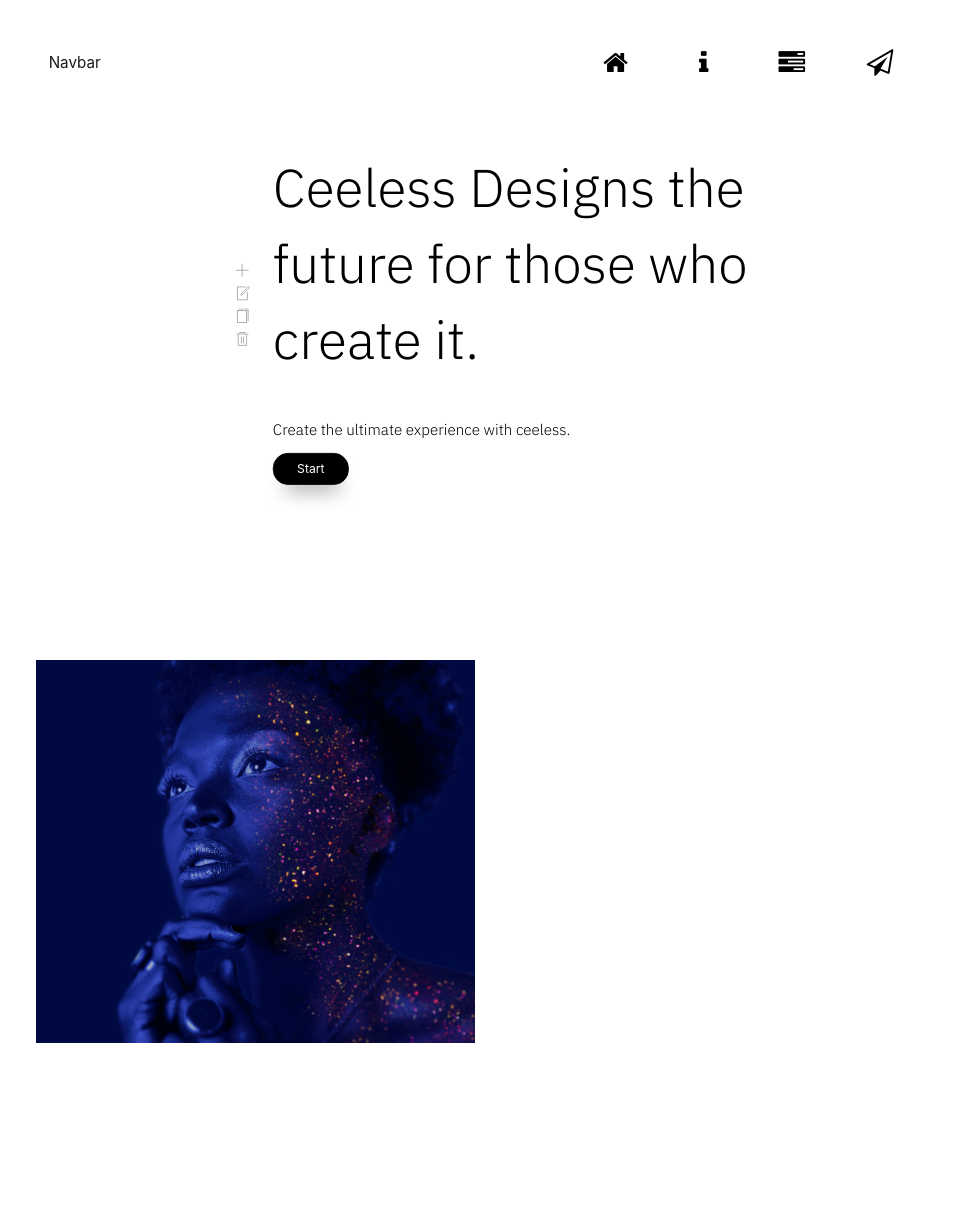
Repository: latenightsnacc/ceeless
Page: index.html
An editor plug-in stored every save of this project. The page is shown before and after the next save, followed by the edit.
The browser window is 1280 px wide. The pictures show the whole page, at 76% of full size.
Some web libraries are served in a nearby version. The style sheet was rebuilt from its Sass, Less or Tailwind sources for each picture, by a compiler version that may differ from the author's.

Above is the page before, as saved 2020-06-12 14:03:37.

After the next save:
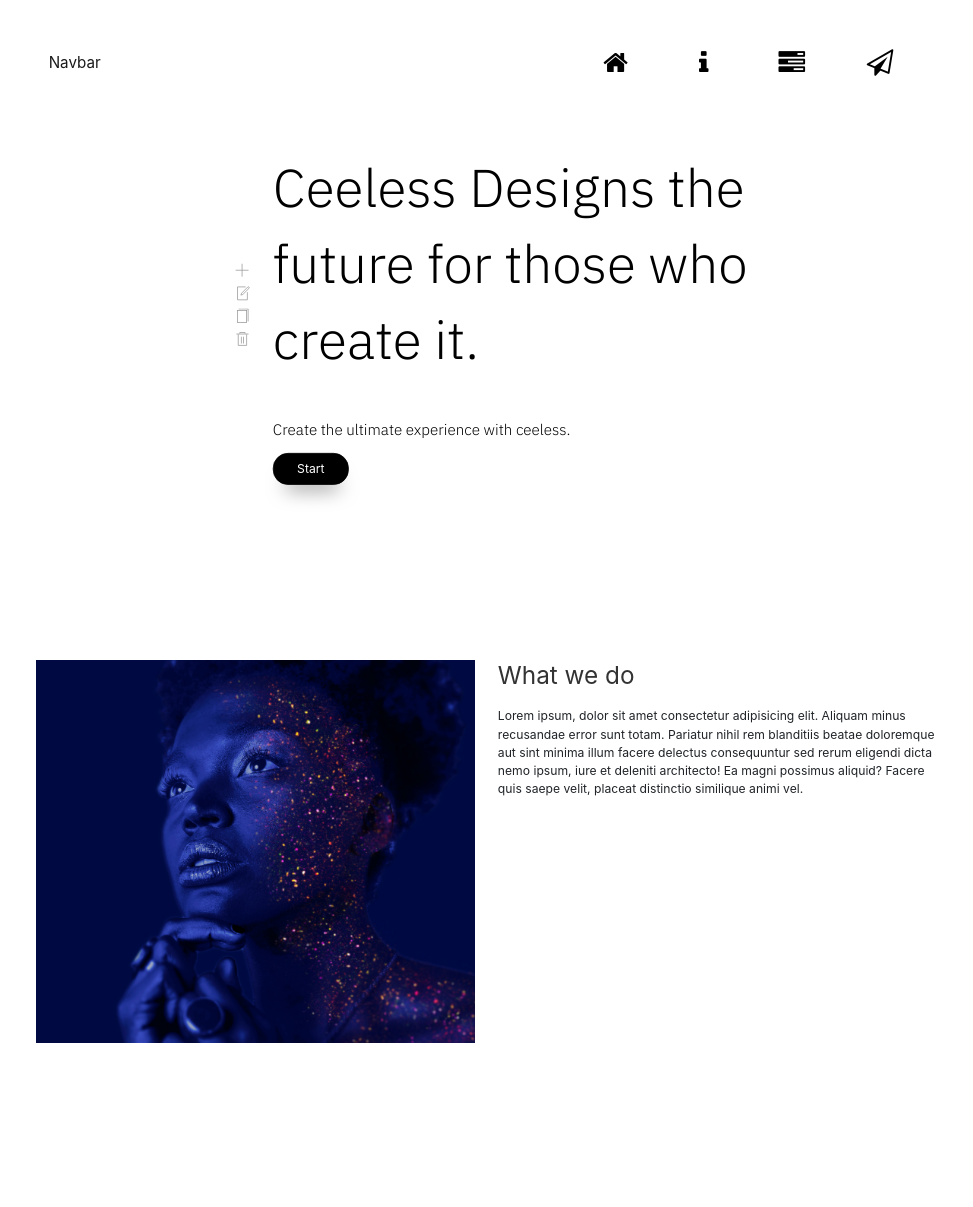
Saved 10 min 57 s later.
--- a/index.html
+++ b/index.html
@@ -101,7 +101,12 @@
                     </div>
                 </div>
                 <!--What we do-->
-                <div class="col"></div>
+                <div class="col">
+                    <div class="what-we-do">
+                        <h2>What we do</h2>
+                        <p>Lorem ipsum, dolor sit amet consectetur adipisicing elit. Aliquam minus recusandae error sunt totam. Pariatur nihil rem blanditiis beatae doloremque aut sint minima illum facere delectus consequuntur sed rerum eligendi dicta nemo ipsum, iure et deleniti architecto! Ea magni possimus aliquid? Facere quis saepe velit, placeat distinctio similique animi vel.</p>
+                    </div>
+                </div>
             </div>
         </section>
     </main>
